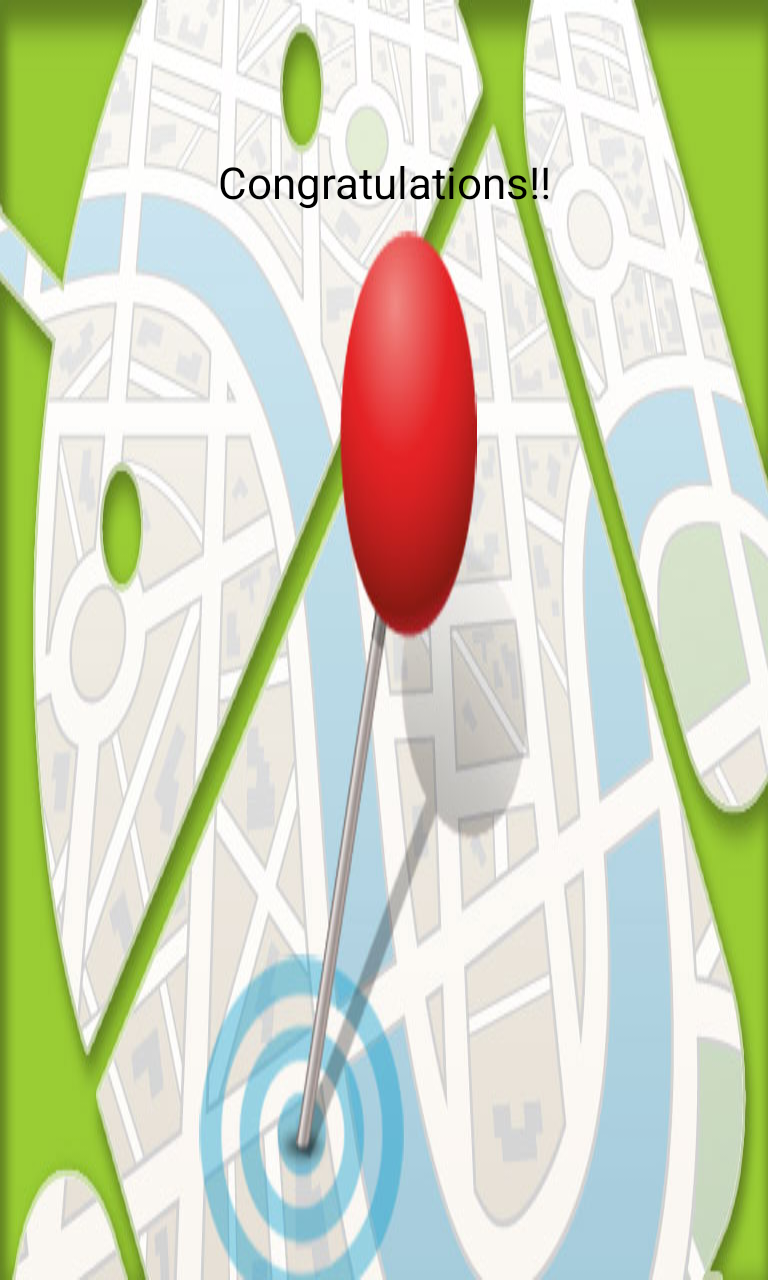
Repository: AGNT/Mobile_application_SU13
Layout: android/Locate/res/layout/activity_points.xml
The author's editor kept a copy of each file at every save. The layout is drawn from the files as they stood at one save, then again after the next save.
It is drawn on a 768 x 1280 px phone screen (xhdpi) without system bars, with theme AppTheme; the app's code is not run.

Above is the layout before, as saved 2013-08-06 14:55:36.

### android/Locate/res/layout/activity_points.xml
<RelativeLayout xmlns:android="http://schemas.android.com/apk/res/android"
    xmlns:tools="http://schemas.android.com/tools"
    android:layout_width="match_parent"
    android:layout_height="match_parent"
    android:paddingBottom="@dimen/activity_vertical_margin"
    android:paddingLeft="@dimen/activity_horizontal_margin"
    android:paddingRight="@dimen/activity_horizontal_margin"
    android:paddingTop="@dimen/activity_vertical_margin"
    tools:context=".Points"
    android:background="@drawable/splash" >

    <TextView
        android:id="@+id/textView1"
        android:layout_width="wrap_content"
        android:layout_height="wrap_content"
        android:layout_alignParentLeft="true"
        android:layout_alignParentRight="true"
        android:layout_alignParentTop="true"
        android:layout_marginTop="60dp"
        android:text="Congratulations!!"
        android:gravity="center"
        android:textAppearance="?android:attr/textAppearanceLarge" />

</RelativeLayout>

Loaded but not shown: android/Locate/res/values/styles.xml (common file); android/Locate/res/values-v11/styles.xml (common file); android/Locate/res/values-v14/styles.xml (common file); android/Locate/res/values/dimens.xml (common file)

After the next save:
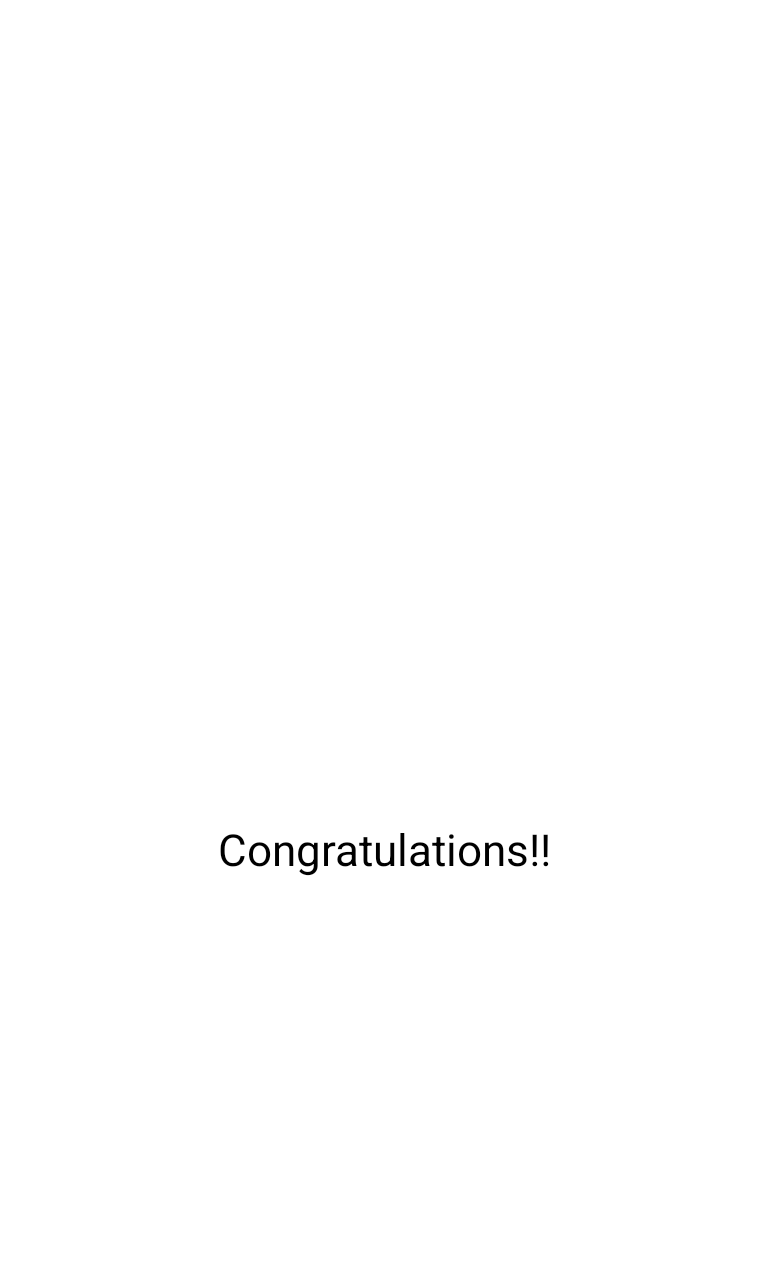
Saved 110 s later.
--- a/android/Locate/res/layout/activity_points.xml
+++ b/android/Locate/res/layout/activity_points.xml
@@ -7,18 +7,17 @@
     android:paddingRight="@dimen/activity_horizontal_margin"
     android:paddingTop="@dimen/activity_vertical_margin"
     tools:context=".Points"
-    android:background="@drawable/splash" >
+    android:background="@null" >
 
     <TextView
         android:id="@+id/textView1"
         android:layout_width="wrap_content"
         android:layout_height="wrap_content"
-        android:layout_alignParentLeft="true"
-        android:layout_alignParentRight="true"
-        android:layout_alignParentTop="true"
-        android:layout_marginTop="60dp"
+        android:layout_alignParentBottom="true"
+        android:layout_centerHorizontal="true"
+        android:layout_marginBottom="185dp"
+        android:gravity="center"
         android:text="Congratulations!!"
-        android:gravity="center"
         android:textAppearance="?android:attr/textAppearanceLarge" />
 
 </RelativeLayout>
